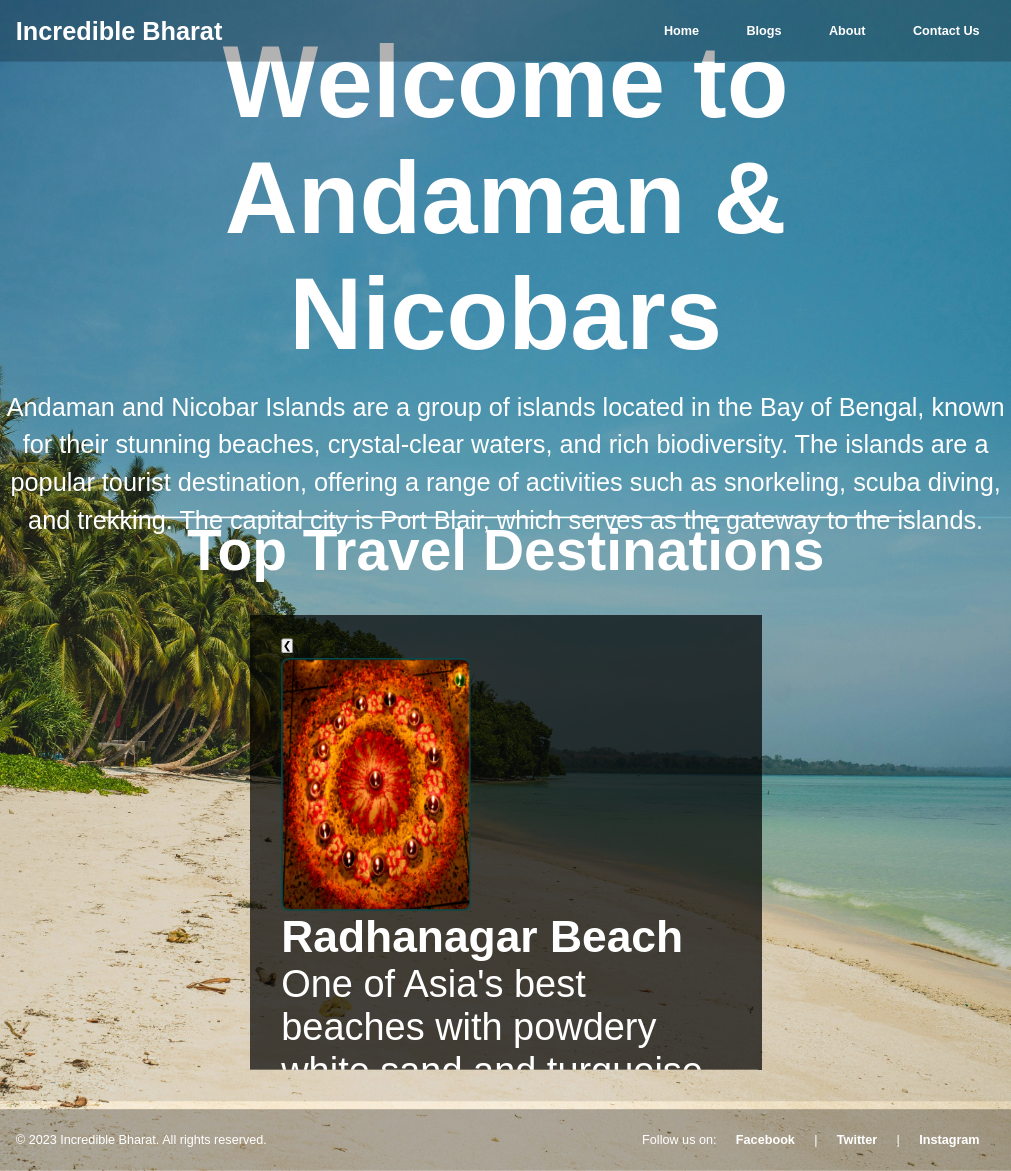
Repository: jaidhiman111/incrediblebharat
Page: destinations/Andaman-Nicobar/Andaman&Nicobar.html
An editor plug-in stored every save of this project. The page is shown before and after the next save, followed by the edit.
The browser window is 1280 px wide. The pictures show the whole page, at 79% of full size.

Above is the page before, as saved 2025-05-01 22:32:24.

After the next save:
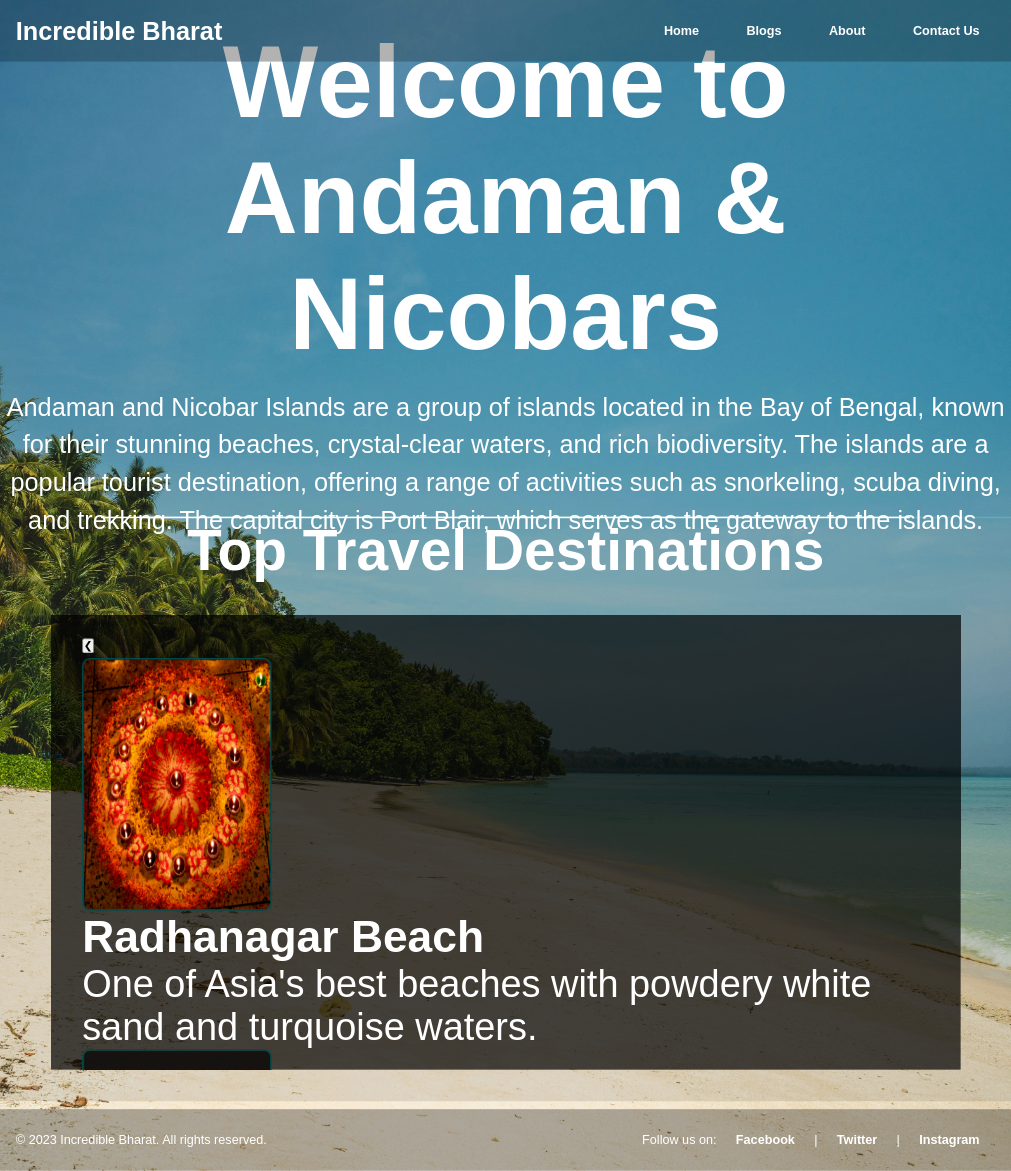
Saved 17 s later.
--- a/assets/style.css
+++ b/assets/style.css
@@ -217,7 +217,7 @@ hr {
     background-color: rgba(0, 0, 0, 0.7);
     position: relative;
     height: 80vh;
-    max-width: 90vh;
+    max-width: 90%;
     overflow: hidden;
     margin: 40px auto;
     padding: 0 40px;
